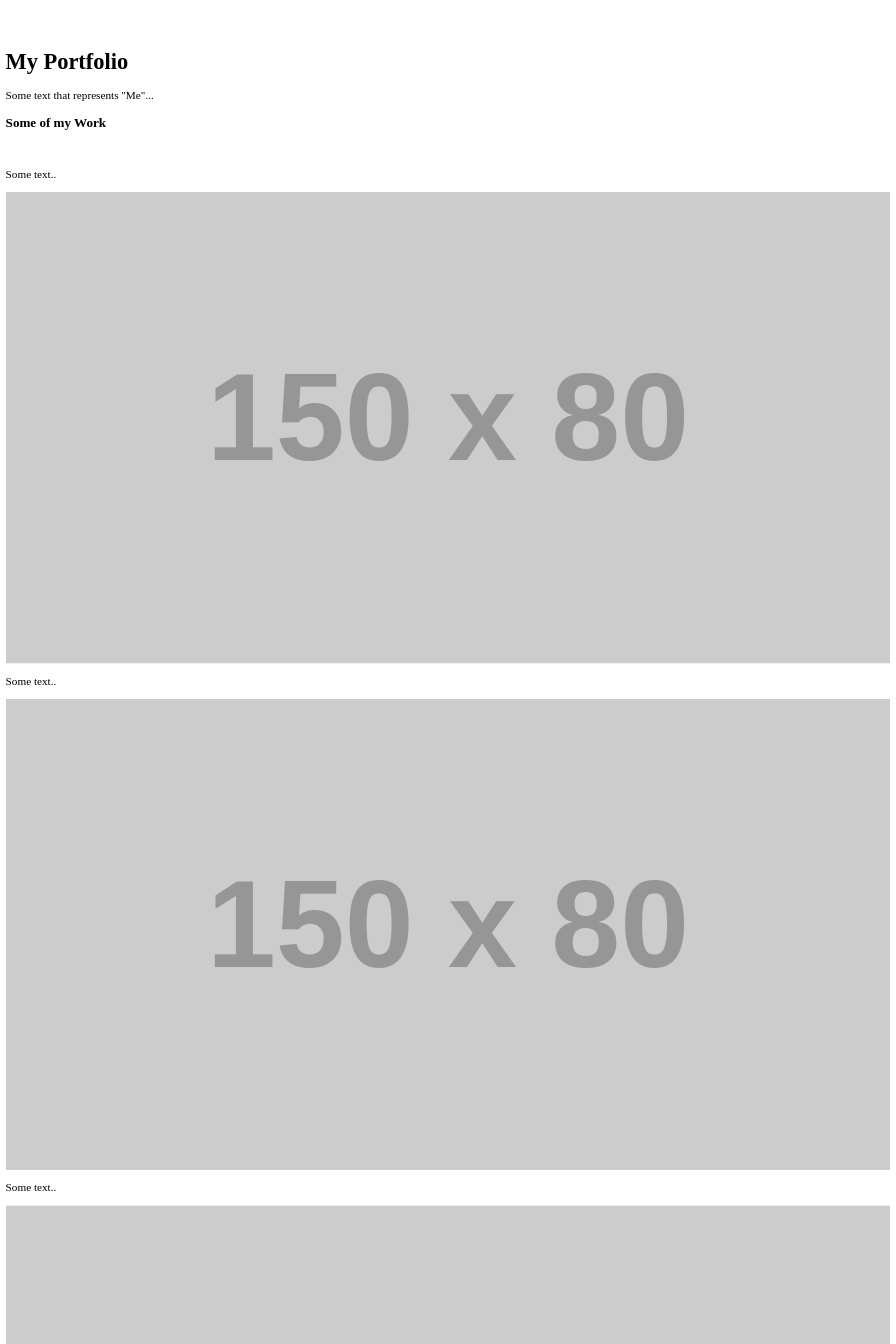
Repository: NeeleshPoojari/Project-2
Page: frontend_project2/WebContent/views/home.html
The author's editor kept a copy of each file at every save. The page is drawn from the files as they stood at one save, then again after the next save.
The browser window is 1280 px wide. The pictures show the part of the page from y = 0 to 1920 px (the page is 6179 px tall before and 6593 px after), at 70% of full size.

Above is the page before, as saved 2017-07-16 14:23:20.

### frontend_project2/WebContent/views/home.html
   <style>
    /* Remove the navbar's default margin-bottom and rounded borders */
    .navbar {
      margin-bottom: 0;
      border-radius: 0;
    }

    /* Add a gray background color and some padding to the footer */
    footer {
      background-color: #f2f2f2;
      padding: 25px;
    }
  </style>
</head>
<body>

<!-- <nav class="navbar navbar-inverse">
  <div class="container-fluid">
    <div class="navbar-header">
      <button type="button" class="navbar-toggle" data-toggle="collapse" data-target="#myNavbar">
        <span class="icon-bar"></span>
        <span class="icon-bar"></span>
        <span class="icon-bar"></span>
      </button>
      <a class="navbar-brand" href="#">Portfolio</a>
    </div>
    <div class="collapse navbar-collapse" id="myNavbar">
      <ul class="nav navbar-nav">
        <li class="active"><a href="#">Home</a></li>
        <li><a href="#">About</a></li>
        <li><a href="#">Gallery</a></li>
        <li><a href="#">Contact</a></li>
      </ul>
      <ul class="nav navbar-nav navbar-right">
        <li><a href="#"><span class="glyphicon glyphicon-log-in"></span> Login</a></li>
      </ul>
    </div>
  </div>
</nav> -->

<div class="jumbotron" style="margin-top: 70px;">
  <div class="container text-center">
    <h1>My Portfolio</h1>
    <p>Some text that represents "Me"...</p>
  </div>
</div>

<div class="container-fluid bg-3 text-center">
  <h3>Some of my Work</h3><br>
  <div class="row">
    <div class="col-sm-3">
      <p>Some text..</p>
      <img src="https://placehold.it/150x80?text=IMAGE" class="img-responsive" style="width:100%" alt="Image">
    </div>
    <div class="col-sm-3">
      <p>Some text..</p>
      <img src="https://placehold.it/150x80?text=IMAGE" class="img-responsive" style="width:100%" alt="Image">
    </div>
    <div class="col-sm-3">
      <p>Some text..</p>
      <img src="https://placehold.it/150x80?text=IMAGE" class="img-responsive" style="width:100%" alt="Image">
    </div>
    <div class="col-sm-3">
      <p>Some text..</p>
      <img src="https://placehold.it/150x80?text=IMAGE" class="img-responsive" style="width:100%" alt="Image">
    </div>
  </div>
</div><br>

<div class="container-fluid bg-3 text-center">
  <div class="row">
    <div class="col-sm-3">
      <p>Some text..</p>
      <img src="https://placehold.it/150x80?text=IMAGE" class="img-responsive" style="width:100%" alt="Image">
    </div>
    <div class="col-sm-3">
      <p>Some text..</p>
      <img src="https://placehold.it/150x80?text=IMAGE" class="img-responsive" style="width:100%" alt="Image">
    </div>
    <div class="col-sm-3">
      <p>Some text..</p>
      <img src="https://placehold.it/150x80?text=IMAGE" class="img-responsive" style="width:100%" alt="Image">
    </div>
    <div class="col-sm-3">
      <p>Some text..</p>
      <img src="https://placehold.it/150x80?text=IMAGE" class="img-responsive" style="width:100%" alt="Image">
    </div>
  </div>
</div><br><br>

<footer class="container-fluid text-center">
  <p>Footer Text</p>
</footer>

After the next save:
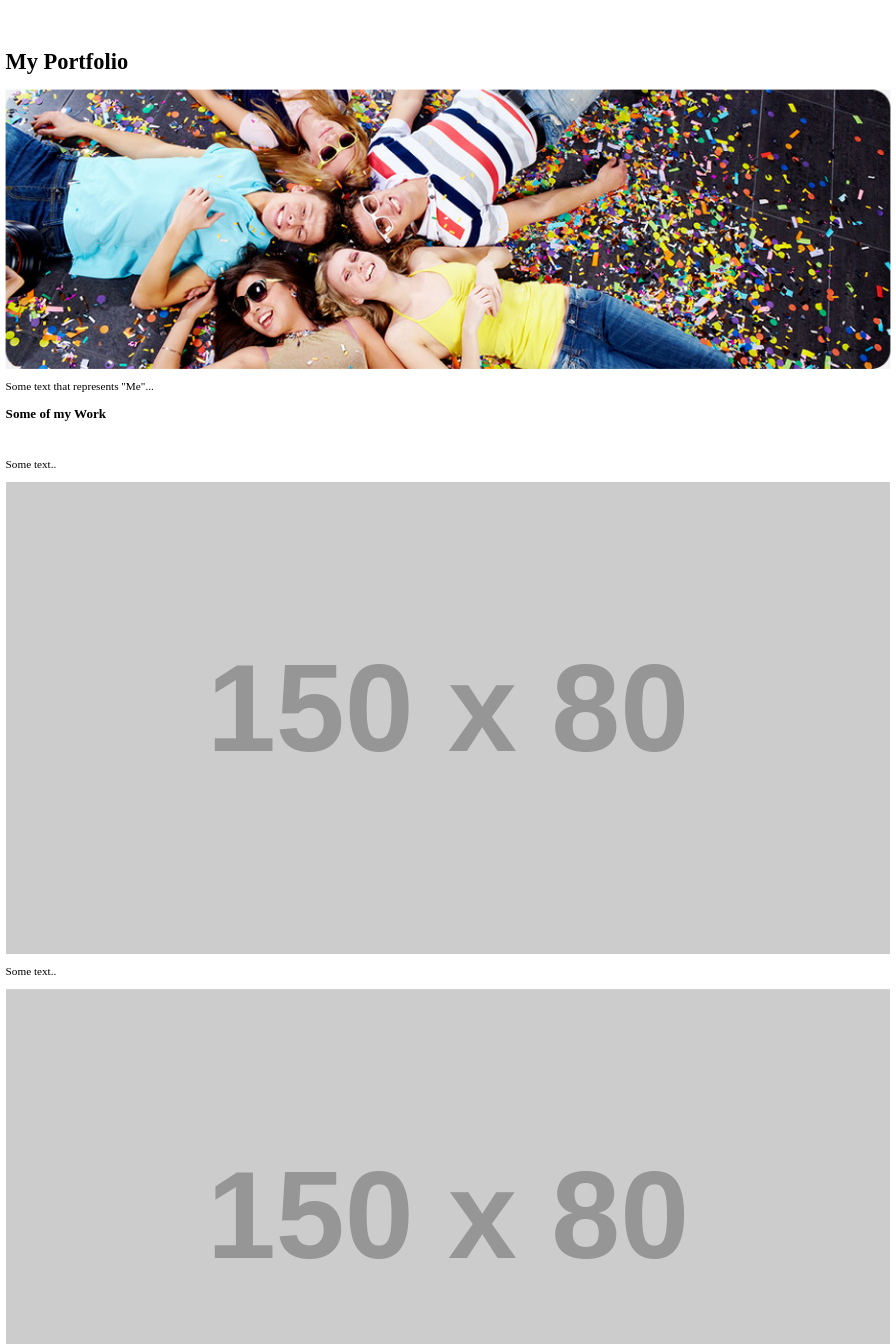
Saved 20 min 7 s later.
--- a/frontend_project2/WebContent/views/home.html
+++ b/frontend_project2/WebContent/views/home.html
@@ -41,6 +41,8 @@
 <div class="jumbotron" style="margin-top: 70px;">
   <div class="container text-center">
     <h1>My Portfolio</h1>
+    <img src="images/header_images.jpg" class="img-responsive" style="width:100%" alt="Image">
+    </div>
     <p>Some text that represents "Me"...</p>
   </div>
 </div>
